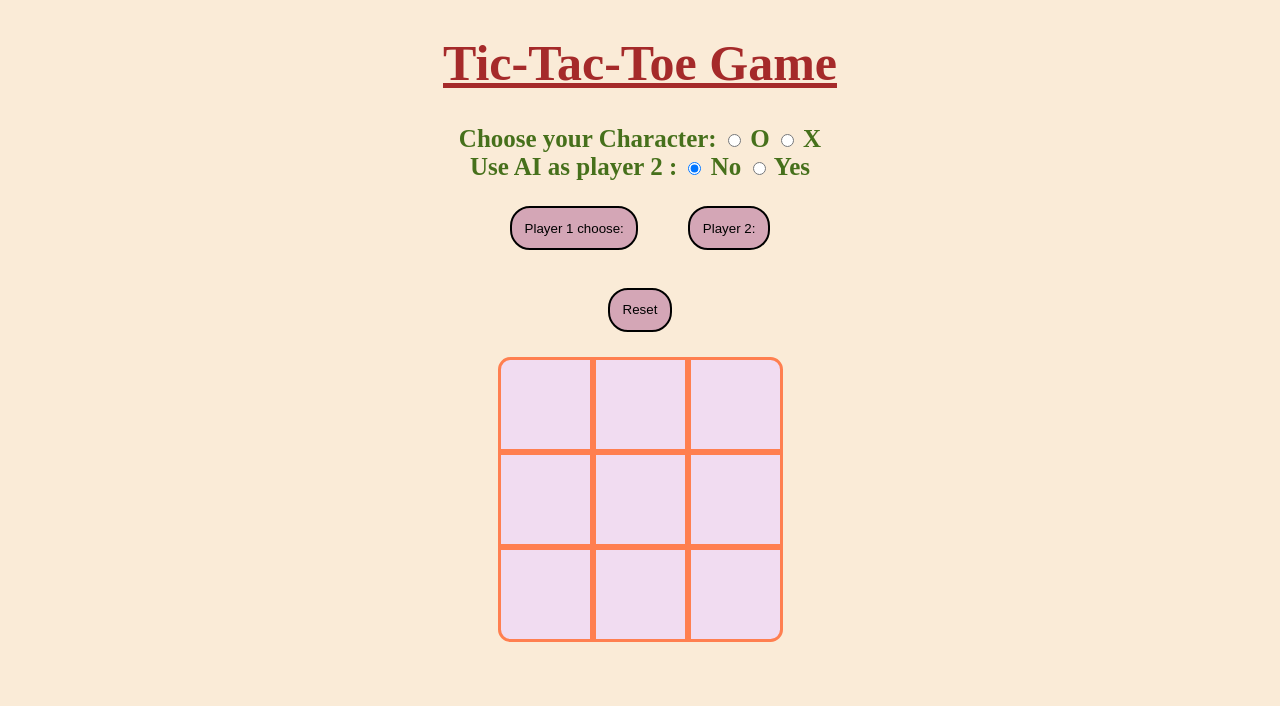
Repository: 0101chaitanya/Tic-Tac-Toe
Page: index.html
The author's editor kept a copy of each file at every save. The page is drawn from the files as they stood at one save, then again after the next save.
The browser window is 1280 px wide. The pictures show the whole page.

Above is the page before, as saved 2021-06-12 17:38:58.

After the next save:
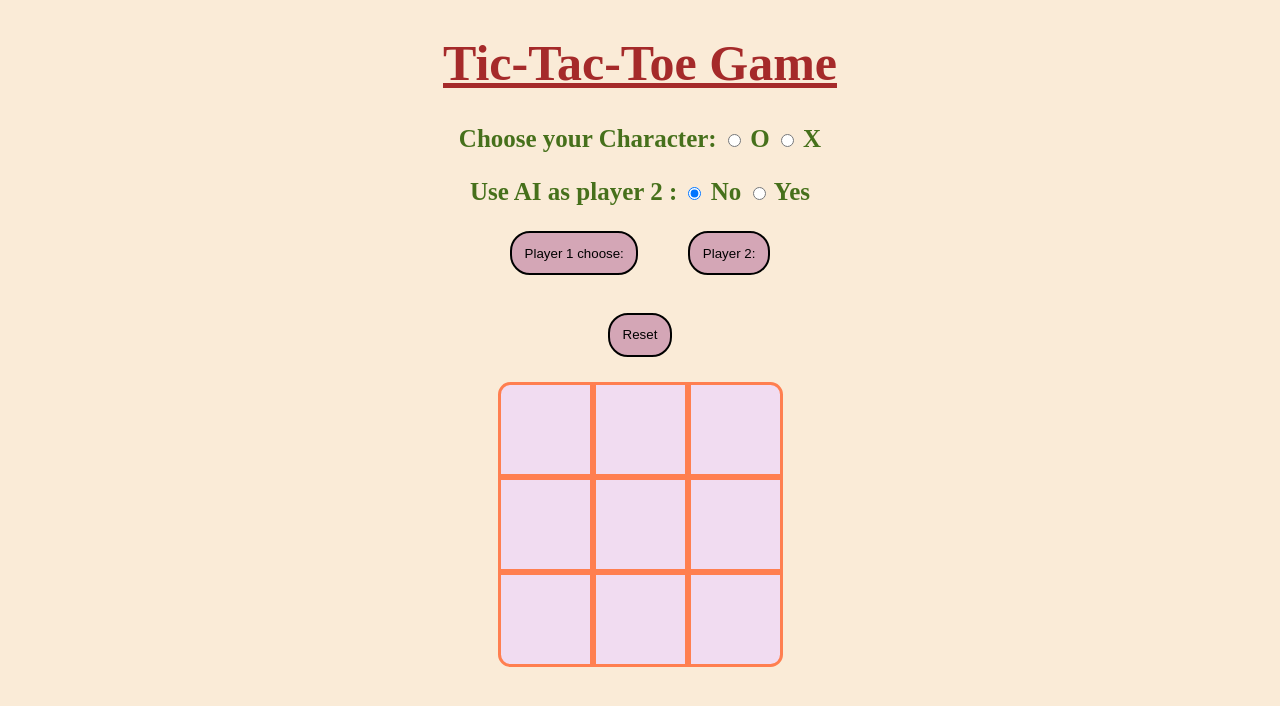
Saved 62 s later.
--- a/styles.css
+++ b/styles.css
@@ -67,7 +67,9 @@ label>input {
     border-radius: 0.8rem;
     background: rgb(212, 166, 182);
 }
-
+#aiForm{
+    margin: 1rem;
+}
 #gameSquare {
     width: min-content;
     height: min-content;
